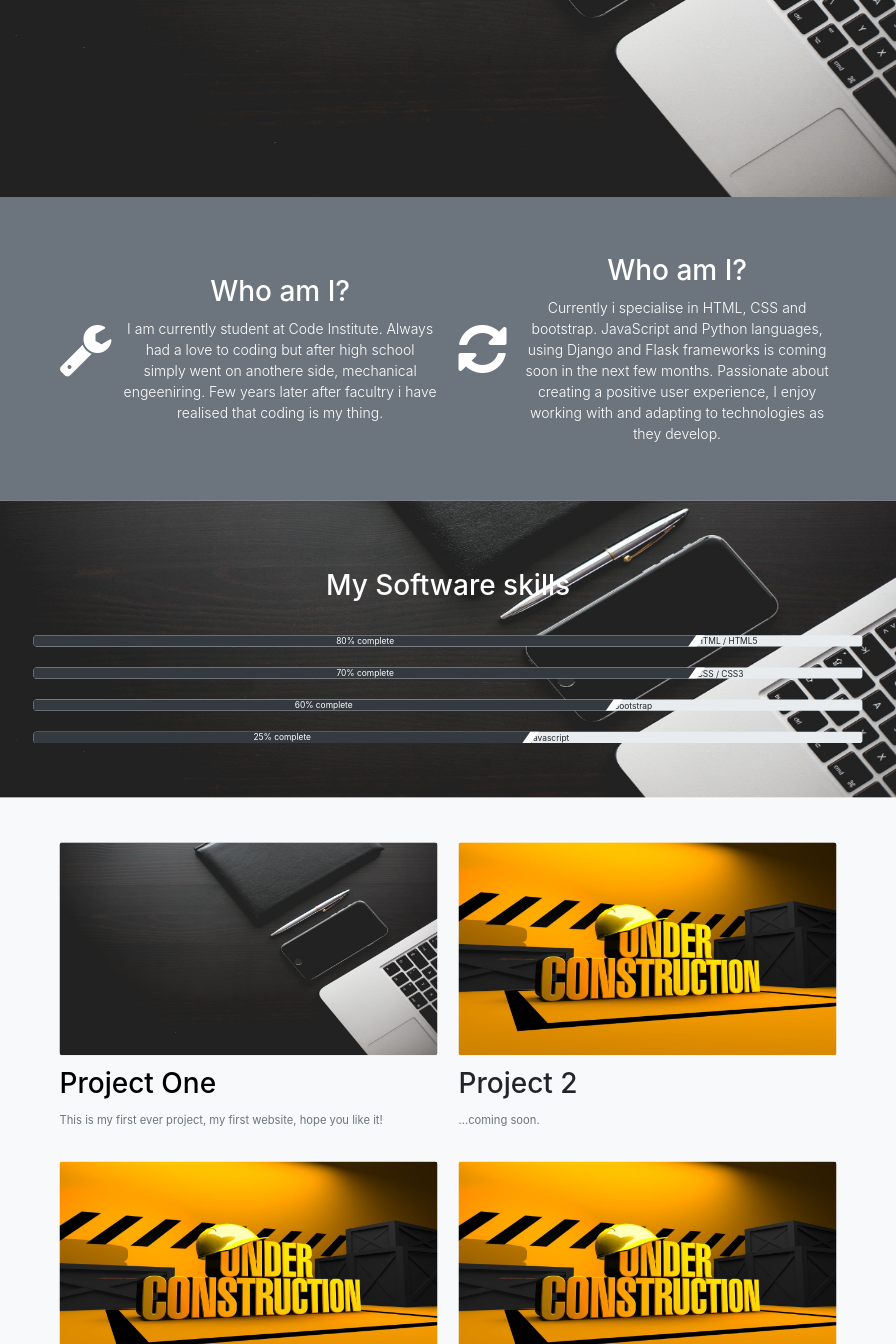
Repository: Kraljiccar/User-Centric-Frontend-Development-Milestone-Project
Page: index.html
The author's editor kept a record of every edit. The page is drawn from the files as they stood at one moment, then again after the next edit.
The browser window is 1280 px wide. The pictures show the part of the page from y = 439 to 2359 px (the page is 3250 px tall), at 70% of full size.
Backgrounds fixed to the window are drawn as part of the page.

Above is the page before.

After the next edit:
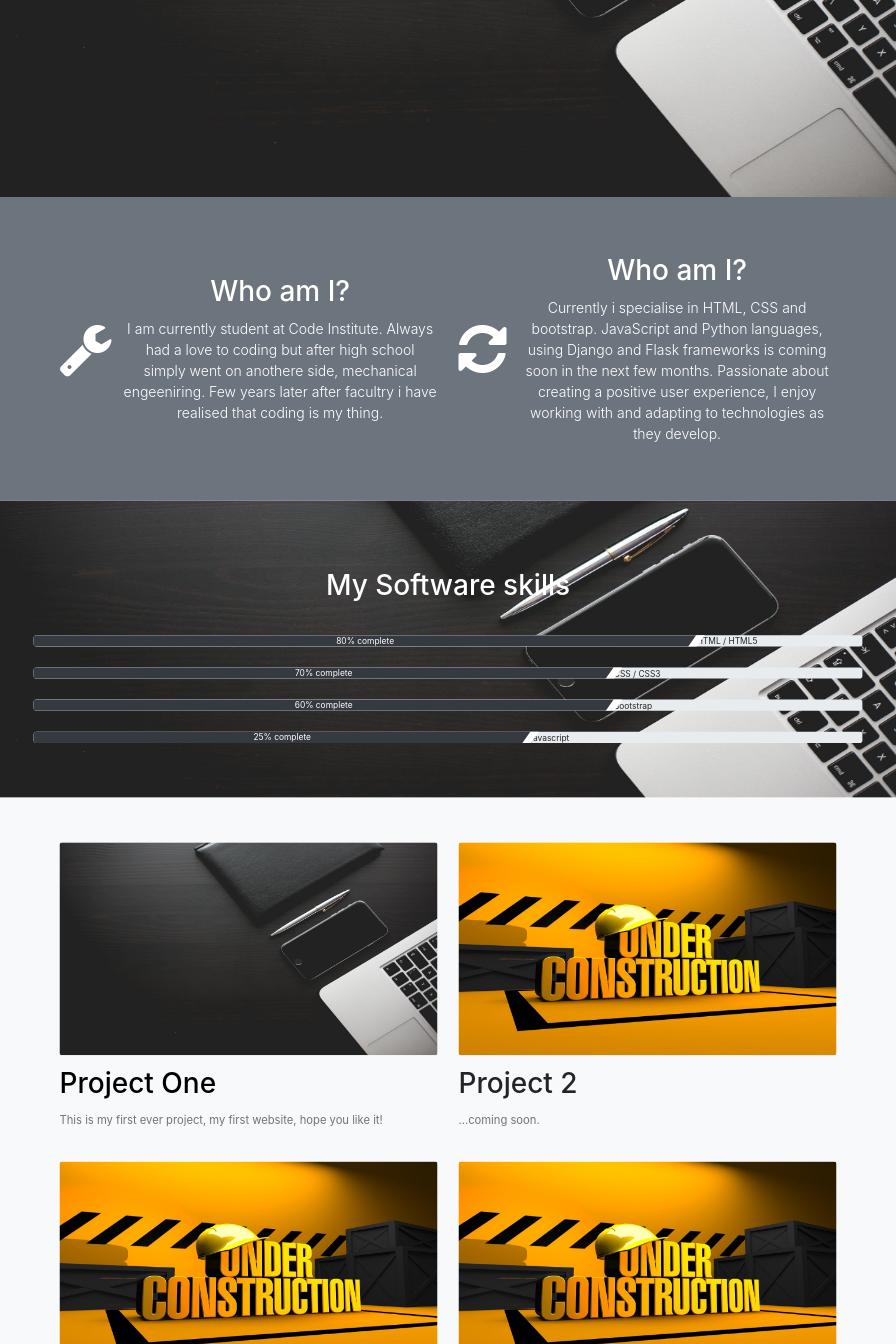
The edit:
--- a/index.html
+++ b/index.html
@@ -92,7 +92,7 @@
                             <span class="progress-type">HTML / HTML5</span>
                         </div>
                         <div class="progress">
-                            <div class="progress-bar bg-dark" role="progressbar" aria-valuenow="70" aria-valuemin="0" aria-valuemax="100" style="width:80%;">
+                            <div class="progress-bar bg-dark" role="progressbar" aria-valuenow="70" aria-valuemin="0" aria-valuemax="100" style="width:70%;">
                                 <span class="sl-only">70% complete</span>
                             </div>
                             <span class="progress-type">CSS / CSS3</span>
